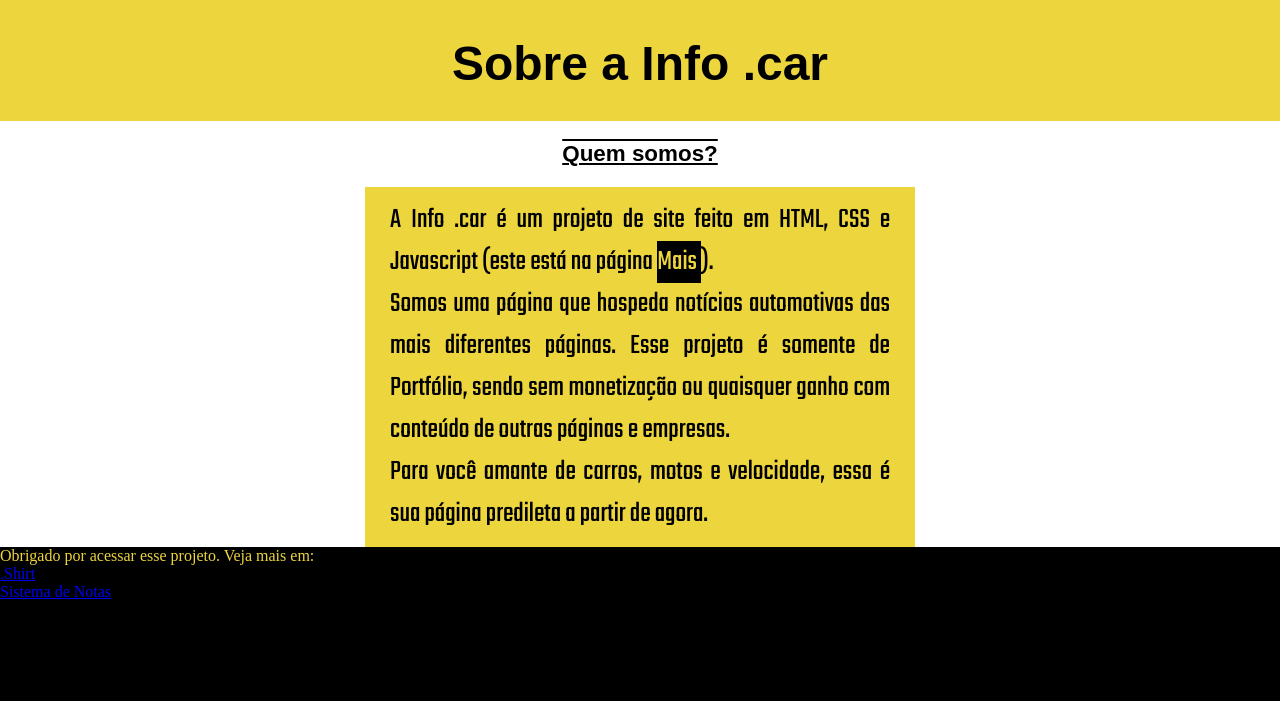
Repository: Leonngc/projeto-info.car
Page: sobre.html
These files come from the project's save history. The page is drawn as it stood at one moment and after a run of saves; the edit follows.
The browser window is 1280 px wide. The pictures show the whole page.
Some web fonts or font styles are not loaded; a fallback is used.

Above is the page before, as saved 2022-11-05 15:47:32.

### sobre.html
<!DOCTYPE html>
<html lang="pt-br">
<head>
    <meta charset="UTF-8">
    <meta http-equiv="X-UA-Compatible" content="IE=edge">
    <meta name="viewport" content="width=device-width, initial-scale=1.0">
    <link rel="stylesheet" href="sobre.css">
    <title>Sobre nós</title>
</head>
<body>
    <header>
        <h1>Sobre a Info .car</h1>
    </header>

    <main>
        <article>
            <h1>Quem somos?</h1>
            <p>
                A Info .car é um projeto de site feito em HTML, CSS e Javascript (este está na página <a href=""> <abbr title="Clique aqui" style="text-decoration: none;">Mais</abbr> </a>).  <br>
                Somos uma página que hospeda notícias automotivas das mais diferentes páginas. Esse projeto é somente de Portfólio, sendo sem monetização ou quaisquer ganho com conteúdo de outras páginas e empresas.
                <br>
                Para você amante de carros, motos e velocidade, essa é sua página predileta a partir de agora. <br>
            </p>
        </article>
    </main>

        <footer>
            <p>Obrigado por acessar esse projeto. Veja mais em: <br>
            <a href="https://leonngc.github.io/projeto-shirt/" target="_blank">.Shirt</a>
            <br>
            <a href="https://leonngc.github.io/sistema-de-notas/" target="_blank">Sistema de Notas</a>
            </p>
        </footer>
</body>
</html>

### sobre.css
@charset "UTF 8";
@import url('https://fonts.googleapis.com/css2?family=Michroma&display=swap');
@import url('https://fonts.googleapis.com/css2?family=Teko&display=swap');
@import url('https://fonts.googleapis.com/css2?family=Ramabhadra&display=swap');

:root{
    --font-title: 'Ramabhadra', sans-serif;
    --font-text: 'Teko', sans-serif;
}

*{
    margin: 0;
    padding: 0;
}

header{
    background-color: #edd53e;
    color: black;
    padding: 30px;
    padding-top: 5vh;
    min-width: 2em;
    font-size: 1.5em;
    text-align: center;
    font-family: var(--font-title);
}

article{
    margin: auto;
    min-width: 300px;
    max-width: 1000px;
}

article > h1{
    font-family: var(--font-title);
    font-size: 1.4em;
    text-align: center;
    text-decoration: overline underline;
    margin-top: 20px;
    margin-bottom: 20px;
}

article > p{
   font-family: var(--font-text);
   font-size: 1.8em;
   text-align: justify;
   margin: auto;
   width: 500px;
   min-width: 300px;
   min-height: 300px;
   padding: 12px 25px 12px 25px;
   background-color: #edd53e;
}

article p > a{
    text-decoration: none;
    color: #edd53e;
    background-color: black;
}

article p > a:hover{
        text-decoration: underline;
}

footer{
    background-color: black;
    color: #edd53e;
    padding-bottom: 100px;
}

After the next 8 saves:
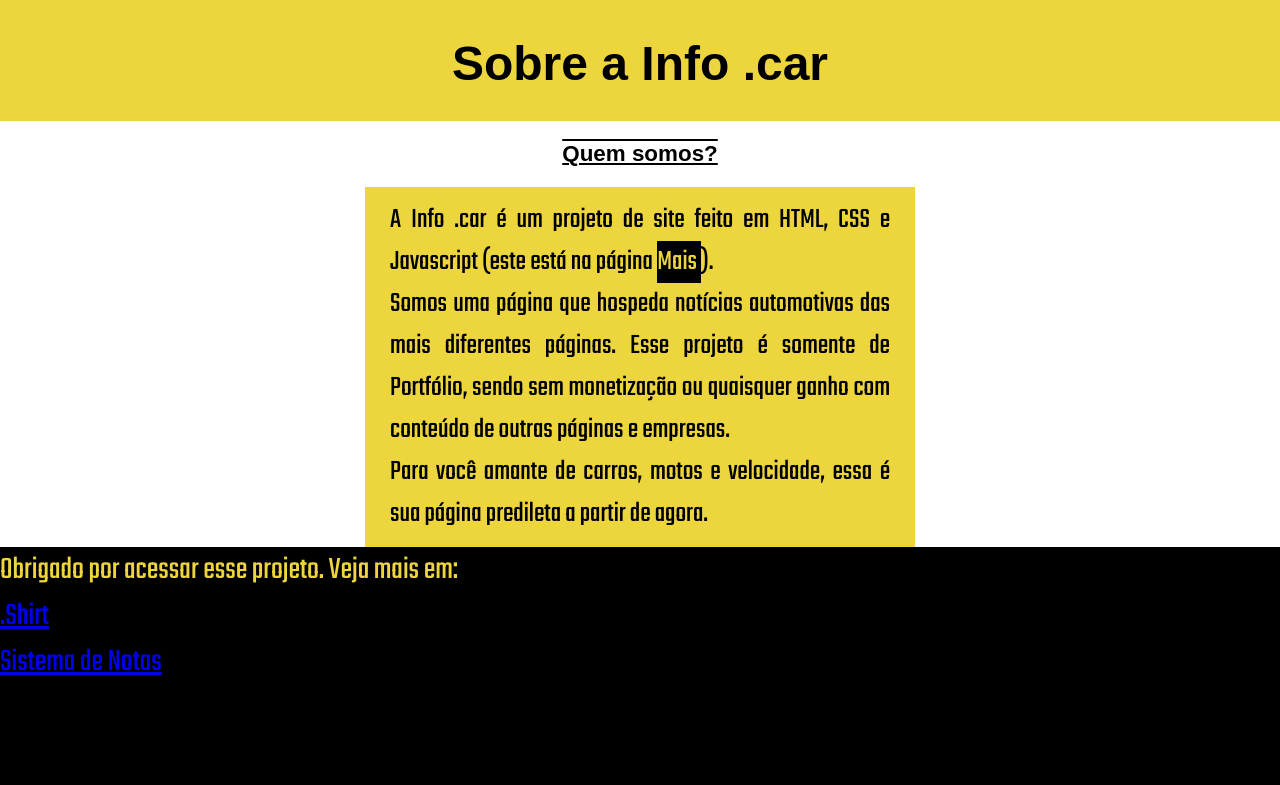
The 8 saves are shown as one change because they came seconds apart.
The last was saved 38 s later.
--- a/sobre.css
+++ b/sobre.css
@@ -66,3 +66,8 @@ footer{
     color: #edd53e;
     padding-bottom: 100px;
 }
+
+footer > p {
+    font-family: var(--font-text);
+    font-size: 2em;
+}
